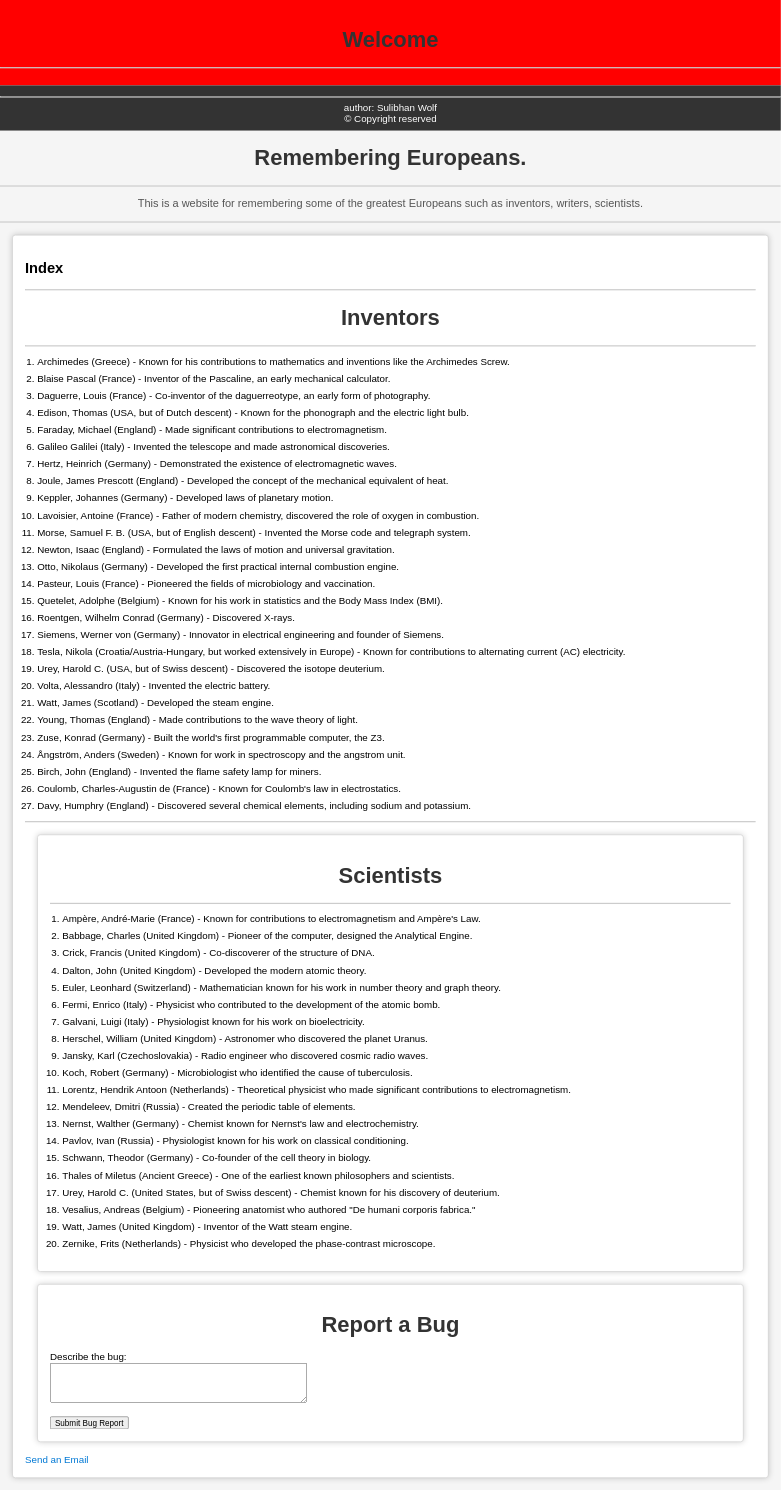
Repository: tomahawk2811/europe-website
Page: base/index.html
These files come from the project's save history. The page is drawn as it stood at one moment and after the next save; the edit follows.
The browser window is 1280 px wide. The pictures show the whole page, at 61% of full size.
Some web fonts or font styles are not loaded; a fallback is used.

Above is the page before, as saved 2023-09-06 18:24:07.

After the next save:
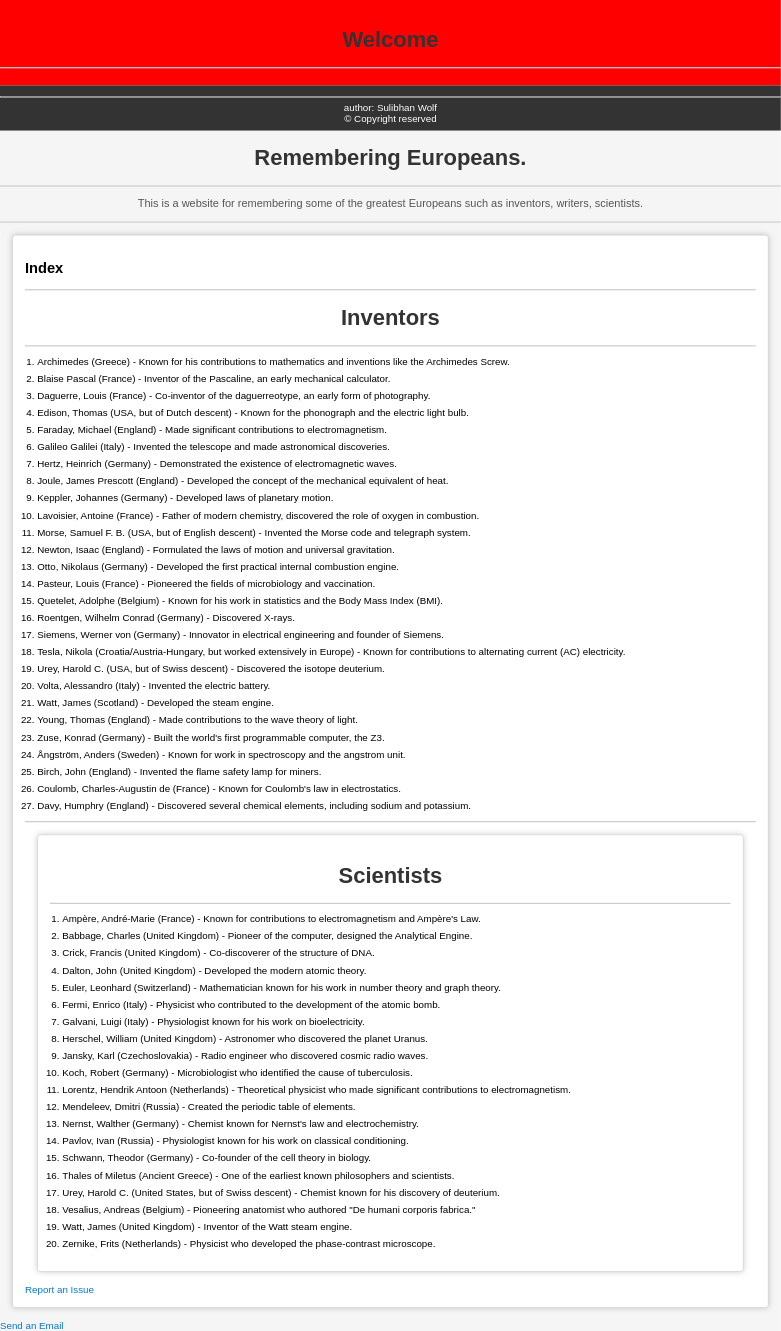
Saved 3 min 19 s later.
--- a/base/index.html
+++ b/base/index.html
@@ -162,12 +162,7 @@
         </ol>
     </div>
 
-    <div class="box" id="box3">
-        <h1>Report a Bug</h1>
-        <form action="/systems/submit_issue.php" method="post">
-            <label for="bug_description">Describe the bug:</label><br>
-            <textarea id="bug_description" name="bug_description" rows="4" cols="50" required></textarea><br><br>
-            <input type="submit" value="Submit Bug Report">
+    <a href="mailto:sulibhanwolf88@gmail.com?subject=Report%20an%20Issue">Report an Issue</a>
         </form>
     </div>
 
